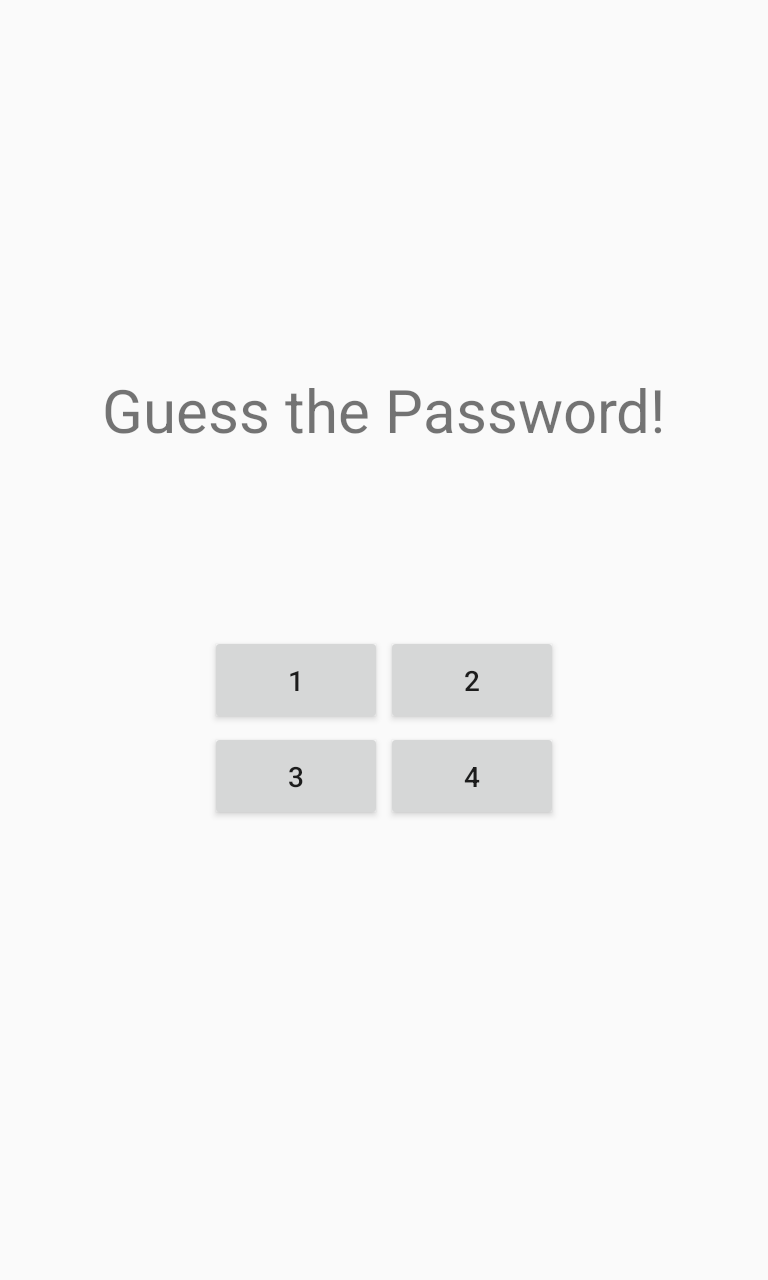
Repository: cryder3/csc303
Layout: Challenge1/res/layout/activity_topsecret.xml
An editor plug-in stored every save of this project. The layout is shown before and after the next save, followed by the edit.
It is drawn on a 768 x 1280 px phone screen (xhdpi) without system bars, with theme AppTheme; the app's code is not run.

Above is the layout before, as saved 2014-09-10 15:46:41.

### Challenge1/res/layout/activity_topsecret.xml
<LinearLayout xmlns:android="http://schemas.android.com/apk/res/android"
    xmlns:tools="http://schemas.android.com/tools"
    android:id="@+id/LinearLayout1"
    android:layout_width="match_parent"
    android:layout_height="match_parent"
    android:orientation="vertical"
    android:gravity= "center"
    tools:context="${relativePackage}.${activityClass}" >

    <TextView
        android:layout_width="wrap_content"
        android:layout_height="wrap_content"
        android:padding="24dp"
        android:textSize="30dp"
        android:text="@string/title"
        />

    <TextView
        android:id="@+id/entered_text"
        android:layout_width="wrap_content"
        android:layout_height="wrap_content"
        android:padding="24dp"
        />

    <LinearLayout
        android:layout_width="match_parent"
        android:layout_height="wrap_content"
        android:gravity="center"
        >

        <Button
            android:id="@+id/button1"
            android:layout_width="wrap_content"
            android:layout_height="wrap_content"
            android:text="@string/one" />

        <Button
            android:id="@+id/button2"
            android:layout_width="wrap_content"
            android:layout_height="wrap_content"
            android:text="@string/two" />

    </LinearLayout>
    <LinearLayout
        android:layout_width="match_parent"
        android:layout_height="wrap_content"
        android:gravity="center"
        >

        <Button
            android:id="@+id/button3"
            android:layout_width="wrap_content"
            android:layout_height="wrap_content"
            android:text="@string/three" />

        <Button
            android:id="@+id/button4"
            android:layout_width="wrap_content"
            android:layout_height="wrap_content"
            android:text="@string/four" />

    </LinearLayout>

    <TextView
        android:id="@+id/answer"
        android:layout_width="wrap_content"
        android:layout_height="wrap_content"
        android:padding="24dp"
        />


</LinearLayout>

### Challenge1/res/values/strings.xml
<?xml version="1.0" encoding="utf-8"?>
<resources>

    <string name="app_name">Challenge1</string>
    <string name="hello_world">Hello world!</string>
    <string name="incorrect_toast">Nope!</string>
    <string name="one">1</string>
    <string name="two">2</string>
    <string name="three">3</string>
    <string name="four">4</string>
    <string name="title">Guess the Password!</string>

</resources>

Loaded but not shown: Challenge1/res/values/styles.xml (common file); Challenge1/res/values-v11/styles.xml (common file); Challenge1/res/values-v14/styles.xml (common file)

After the next save:
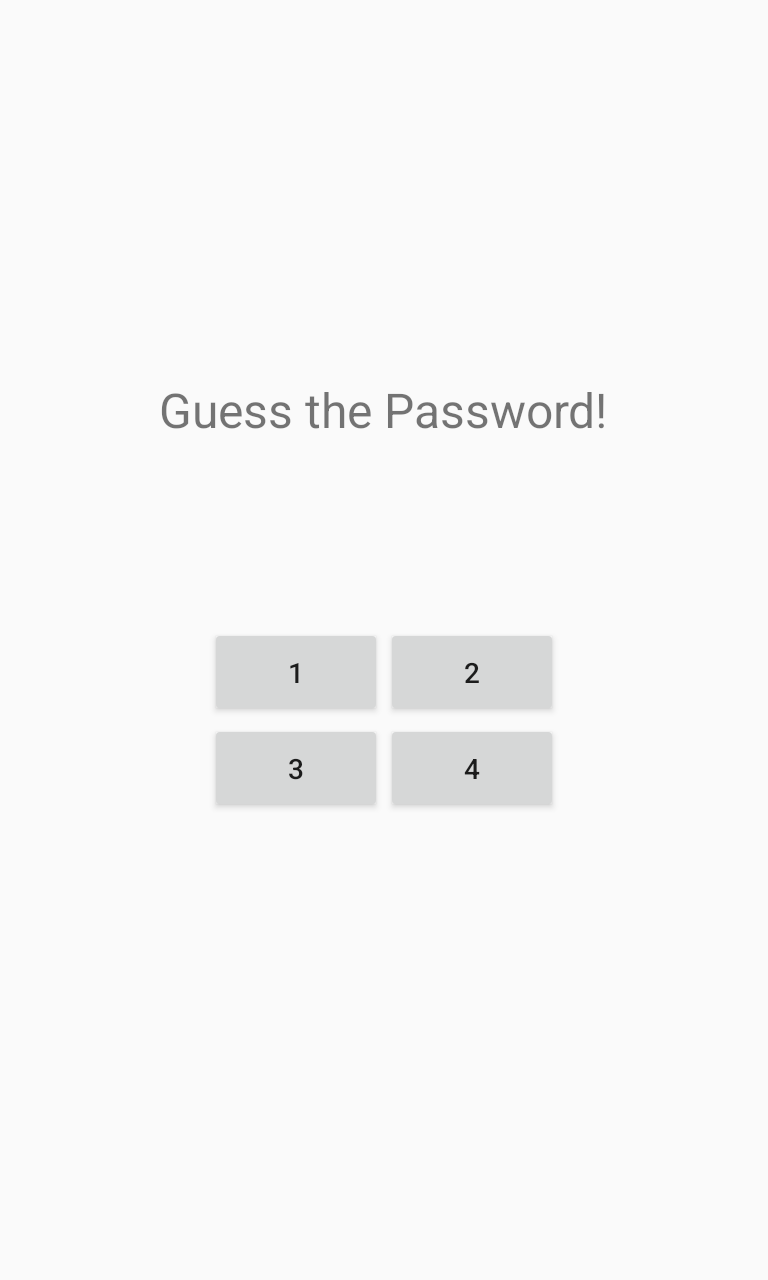
Saved 11 s later.
--- a/Challenge1/res/layout/activity_topsecret.xml
+++ b/Challenge1/res/layout/activity_topsecret.xml
@@ -11,7 +11,7 @@
         android:layout_width="wrap_content"
         android:layout_height="wrap_content"
         android:padding="24dp"
-        android:textSize="30dp"
+        android:textSize="24dp"
         android:text="@string/title"
         />
 
